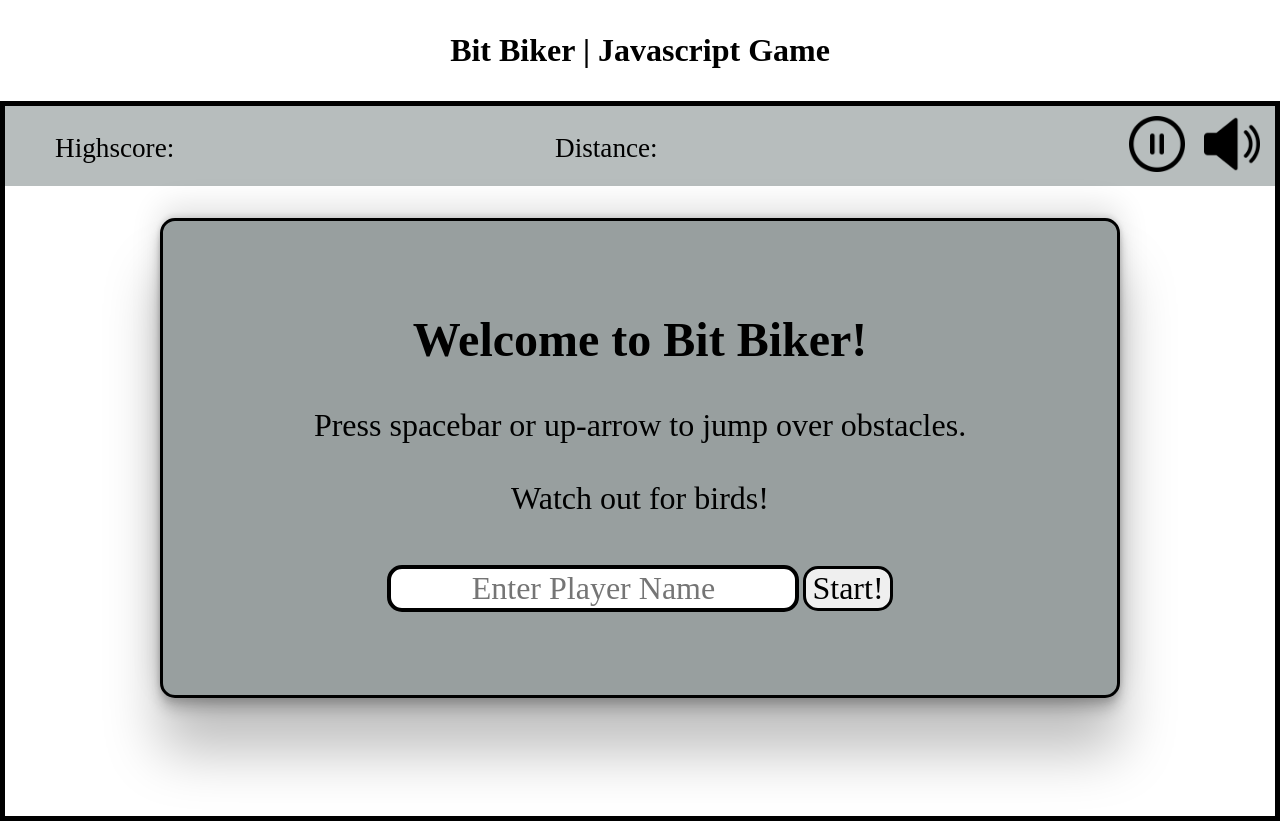
Repository: jellymel0n/bit-biker
Page: index.html
These files come from the project's save history. The page is drawn as it stood at one moment and after the next save; the edit follows.
The browser window is 1280 px wide. The pictures show the whole page.

Above is the page before, as saved 2021-07-05 15:07:00.

### index.html
<!DOCTYPE html>
<html lang="en">
<head>
    <meta charset="UTF-8">
    <meta http-equiv="X-UA-Compatible" content="IE=edge">
    <meta name="viewport" content="width=device-width, initial-scale=1.0">
    <!-- CSS reset/normalize -->
    <link rel="stylesheet" href="styles/normalize-fwd.css">
    <!-- Local CSS -->
    <link rel="stylesheet" href="styles/styles.css">
    <title>Bit Biker | Javascript Game</title>
</head>
<body>
    <h1>Bit Biker | Javascript Game</h1>

    <main id="game-board">
        <div id="song">
            <audio id='song-playback' currentTime=''>
                <source src="assets/music/run-song.mp3" type="audio/mp3" />
                Your browser does not support audio playback
            </audio>
        </div>
        <!-- Game board header -->
        <div id='game-header'>
            <p id='highscore-text'>Highscore: </p>
            <p id='distance-text'>Distance: </p>
            <div id='btn-pause'>
                <img src="assets/graphics/icons/pause.png" alt="pause button, circle around a pause icon">
            </div>
            <div id='btn-volume'>
                <img src="assets/graphics/icons/volume.png" alt="volume button, speaker icon">
            </div>
            <div id="btn-mute">
                <img src='assets/graphics/icons/mute.png' alt='mute button, speaker icon crossed out'>
            </div>
        </div>
        <!-- End of game board header -->

        <!-- Splash screen - intro -->
        <div id='splash-screen'>
            <h2 id='splash-header'>Welcome to Bit Biker!</h2>
            <p id='splash-text'>Press spacebar or up-arrow to jump over obstacles.<br><br>Watch out for birds!</p>

            <div id="splashInput">
                <input id='player-name' type='text' placeholder='Enter Player Name'>
                <button id='savePlayer'>Start!</button>
            </div>
        </div>
        <!-- End of splash screen -->

        <!-- Pause Screen -->
        <div id="pause-screen">
            <h2>Game Paused</h2>
            <p id='pause-text'>
                To get gameplay instructions click the "Help" button<br>
                To quit the game and go back to the splash screen click "Quit".<br>
                To go back to the game, click "X" in the top corner.</p>
            <div id="pause-close">
                <img src="assets/graphics/icons/remove.png" alt="Close icon, an X with a circle around it.">
            </div>
            <div id="pause-btns">
                <div id="help-btn">
                    <p id="help-btn-text">Help</p>
                </div>
                <div id="quit-btn">
                    <p id="quit-text">Quit</p>
                </div>
            </div>
        </div>
        <!-- End of Pause Screen -->

        <!-- Help Screen -->
        <div id="help-screen">
            <h2>Gameplay Instructions</h2>
            <p id='help-text'>
                Press the spacebar or up arrow to jump, hold to jump higher.<br>
                Avoid obstacles in the road as well as birds flying above.<br>
                Have fun!
            </p>
            <div id="help-btns">
                <div id="resume-btn">
                    <p>Resume</p>
                </div>
                <div id="help-quit-btn">
                    <p id="quit-text">Quit</p>
                </div>
            </div>
        </div>
        <!-- End of Help Screen -->

    </main>

<!-- jQuery CDN script-->
<script src="https://code.jquery.com/jquery-3.6.0.min.js" integrity="sha256-/xUj+3OJU5yExlq6GSYGSHk7tPXikynS7ogEvDej/m4=" crossorigin="anonymous"></script>
<!-- Local JS script -->
<script src='scripts/script.js'></script>
</body>
</html>

### styles/styles.css
h1 {
    text-align: center;
    margin: 2rem auto;
}

#game-board {
    width: 80rem;
    height: 45rem;
    border: 5px solid black;
    /* border-radius: 10%; */
    margin: 0 auto;
    position: relative;
}

/* Game board header */
div#game-header {
    display: flex;
    justify-content: space-around;
    width: 100%;
    height: 5rem;
    background-color: rgba(79, 93, 93, 0.407);

}

#highscore-text,
#distance-text {
    position: absolute;
}

#highscore-text {
    font-size: 1.7rem;
    left: 50px;
}

#distance-text {
    font-size: 1.7rem;
    left: 550px;
}

#btn-pause img {
    position: absolute;
    width: 3.5rem;
    right: 90px;
    top: 10px;
}

#btn-pause img:hover {
    transform: scale(1.1);
    cursor: pointer;
}

#btn-volume img,
#btn-mute img {
    position: absolute;
    width: 3.5rem;
    right: 15px;
    top: 10px;
}

#btn-volume img:hover,
#btn-mute img:hover  {
    transform: scale(1.1);
    cursor: pointer;
}

#btn-mute {
    display: none;
}

/* end of game board header */

/* Splash screen styles */
#splash-screen {
    width: 60rem;
    height: 30rem;
    margin: 2rem auto;
    border: 3px solid black;
    border-radius: 15px;
    align-content: center;
    background-color: rgb(152, 159, 159);
    box-shadow: rgba(0, 0, 0, 0.25) 0px 54px 55px, rgba(0, 0, 0, 0.12) 0px -12px 30px, rgba(0, 0, 0, 0.12) 0px 4px 6px, rgba(0, 0, 0, 0.17) 0px 12px 13px, rgba(0, 0, 0, 0.09) 0px -3px 5px;
}

#splash-screen h2 {
    text-align: center;
    font-size: 3rem;
}

#splash-text {
    text-align: center;
    font-size: 2rem;
    margin: 0 1rem;
}

#splashInput {
    text-align: center;
    margin-top: 3rem;
}

input[type=text] {
    border: 4px solid black;
    border-radius: 15px;
    font-size: 2rem;
    margin: 0 auto 2rem auto;
    text-align: center;
}

button#savePlayer {
    font-size: 2rem;
    color: black;
    border: 3px solid black;
    border-radius: 15px;
}

button#savePlayer:hover {
    transform: scale(1.1);
    cursor: pointer;
}
/* End of splash screen styles */

/* Pause and Help screen styles */

#pause-screen,
#help-screen {
    display: none;
    position: relative;
    width: 60rem;
    height: 30rem;
    margin: 2rem auto;
    border: 3px solid black;
    border-radius: 15px;
    align-content: center;
    background-color: rgb(152, 159, 159);
    box-shadow: rgba(0, 0, 0, 0.25) 0px 54px 55px, rgba(0, 0, 0, 0.12) 0px -12px 30px, rgba(0, 0, 0, 0.12) 0px 4px 6px, rgba(0, 0, 0, 0.17) 0px 12px 13px, rgba(0, 0, 0, 0.09) 0px -3px 5px;
}

#pause-screen h2,
#help-screen h2 {
    text-align: center;
    font-size: 3rem;
}

#pause-text,
#help-text {
    text-align: center;
    font-size: 2rem;
    margin: 0 1rem;
}

#pause-close img {
    position: absolute;
    width: 3.5rem;
    left: 15px;
    top: 15px;
}

#pause-close img:hover {
    transform: scale(1.1);
    cursor: pointer;
}

#pause-btns,
#help-btns{
    display: flex;
    justify-content:center;
    margin-top: 3.6rem;
}

#help-btn,
#quit-btn,
#resume-btn,
#help-quit-btn {
    border: solid 3px black;
    text-align: center;
    width: 17%;
    border-radius: 10px;
    /* height: 4rem; */
    font-size: 2rem;
    vertical-align: middle;
    font-weight: bold;
    margin: 0 3rem 0 3rem;
}

#help-btn:hover,
#quit-btn:hover,
#resume-btn:hover,
#help-quit-btn:hover {
    transform: scale(1.1);
    cursor: pointer;
    background-color: black;
    color: azure;
}

/* End of Pause and Help Screen Styles */

/* Game Objects */
.player {
    position: absolute;
    background-size: contain;
    transform-origin: bottom center;
}

.obstacle {
    position: absolute;
}

.bg-layer {
    position: absolute;
}

.bg-prop {
    position: absolute;
    background-size: contain;
}

### scripts/script.js
'use strict';

const game = {
    title: '.Run',
    isRunning: false,
    player: '',
    obstacles: [],
    keysPressed: [],
    bgLayers: [],
    bgObjects: [],
    loopDuration: [1000 / 50, 1000 / 60, 1000 / 70, 1000 / 80],
    lastKeyFrame: null,

    getPlayerName: () => {
        game.player = $('#player-name').val();
    },
    pauseAudio: () => {
        let song = $('#song-playback');
        song.trigger("pause");
    },
    resetAudio: () => {
        let song = $('#song-playback');
        song [0].currentTime = 0;
        song.trigger("pause");

    },
    playAudio: () => {
        let song = $('#song-playback');
        song.trigger("play");
    },

}


// Object classes

class Obstacle {
    constructor (
        position = [0, 0],
        dimensions = [50, 50],
        velocity = [0, 0],
        classes = 'obstacle',
        backgroundImage = ""
     ) {
        this.position = position;
        this.dimensions = dimensions;
        this.velocity = velocity;
        this.classes = classes;
        this.backgroundImage = backgroundImage;
    }
}

class BGLayer {
    constructor (
        position = [0, 0],
        dimensions = [100, 100],
        velocity = [0, 0],
        classes = 'bg-layer',
        backgroundImage = ""
    ) {
        this.dimensions = dimensions;
        this.position = position;
        this.velocity = velocity;
        this.classes = classes;
        this.backgroundImage = backgroundImage;
    }
}

class BGProp {
    constructor (
        position = [0, 0],
        dimensions = [100, 100],
        velocity = [0, 0],
        classes = 'bg-prop',
        backgroundImage = ""
    ) {
        this.dimensions = dimensions;
        this.position = position;
        this.velocity = velocity;
        this.classes = classes;
        this.backgroundImage = backgroundImage;
    }
}

class Player {
    constructor (
        position = [0, 0],
        dimensions = [100, 100],
        velocity = [0, 0],
        classes = 'player',
        backgroundImage = "",
        jumpMax = 100
    ) {
        this.dimensions = dimensions;
        this.position = position;
        this.velocity = velocity;
        this.classes = classes;
        this.backgroundImage = backgroundImage;
        this.currentJump = 0;
        this.jumpMax = jumpMax;
        this.isJumping = false;
    }
}

// End of object classes

// Object instantiation
const farBG = new BGLayer(
    [0, 0], //position
    [600, 600], //dimensions
    [-25, 0], //velocity
    undefined, // classes
    "assets/graphics/backgrounds/bg-mountains-sky.png"
)
// addBG layer

const mediumBG = new BGLayer(
    [0, 200],
    [600, 600],
    [-25, 0],
    undefined,
    "assets/graphics/backgrounds/bg-background-floor.png"
)
// add bg layer

const ground = new BGLayer(
    [0, 450],
    [600, 200],
    [-300, 0],
    "bg-layer bg-ground",
    "assets/graphics/backgrounds/bg-ground.png"
)
// add bg layer

const rock = new BGProp(
    [600, 350],
    [100, 100],
    [-80, 0],
    undefined,
    "assets/graphics/backgrounds/rock.png"
)
// add bgprop

const bird = new Obstacle(
    [400, 600],
    [100, 100],
    [-20, 0],
    undefined,
    "assets/graphics/obstacles/bird.png"
)
// add obstacle

const smallBlock = new Obstacle(
    [0, 450],
    [600, 200],
    [-300, 0],
    undefined,
    "assets/graphics/obstacles/spiked-square.png"
)
// add obstacle

const largeBlock = new Obstacle(
    [0, 450],
    [600, 200],
    [-300, 0],
    undefined,
    "assets/graphics/obstacles/spiked-rectangle.png"
)
// add obstacle

const player = new Player(
    [70, 430],
    [100, 100],
    [0, 0],
    undefined,
    "assets/graphics/player/biker.png"
)


// Event Handlers
$('#savePlayer').on('click', () => {
    game.getPlayerName();
    $('#splash-screen').toggle();
    game.isRunning = true;
    game.playAudio();
});

$('#btn-volume').on('click', () => {
    $('#btn-volume').toggle();
    $('#btn-mute').toggle();
    $('#song-playback').prop('muted', true);
})

$('#btn-mute').on('click', () => {
    $('#btn-volume').toggle();
    $('#btn-mute').toggle();
    $('#song-playback').prop('muted', false);
})

$('#btn-pause').on('click', () => {
    if (game.isRunning === true){
        game.pauseAudio();
        $('#pause-screen').toggle();
        game.isRunning = false;
    }
})

$('#pause-close').on('click', () => {
    $('#pause-screen').toggle();
    game.isRunning = true;
    game.playAudio();
})

$('#help-btn').on('click', () => {
    $('#pause-screen').toggle();
    $('#help-screen').toggle();
})

$('#quit-btn').on('click', () => {
    game.resetAudio();
    $('#pause-screen').toggle();
    $('#splash-screen').toggle();
})

$('#resume-btn').on('click', () => {
    $('#help-screen').toggle();
    game.isRunning = true;
    game.playAudio();
})

$('#help-quit-btn').on('click', () => {
    $('#help-screen').toggle();
    $('#splash-screen').toggle();
    game.resetAudio();
})

Loaded but not shown: styles/normalize-fwd.css (library)

After the next save:
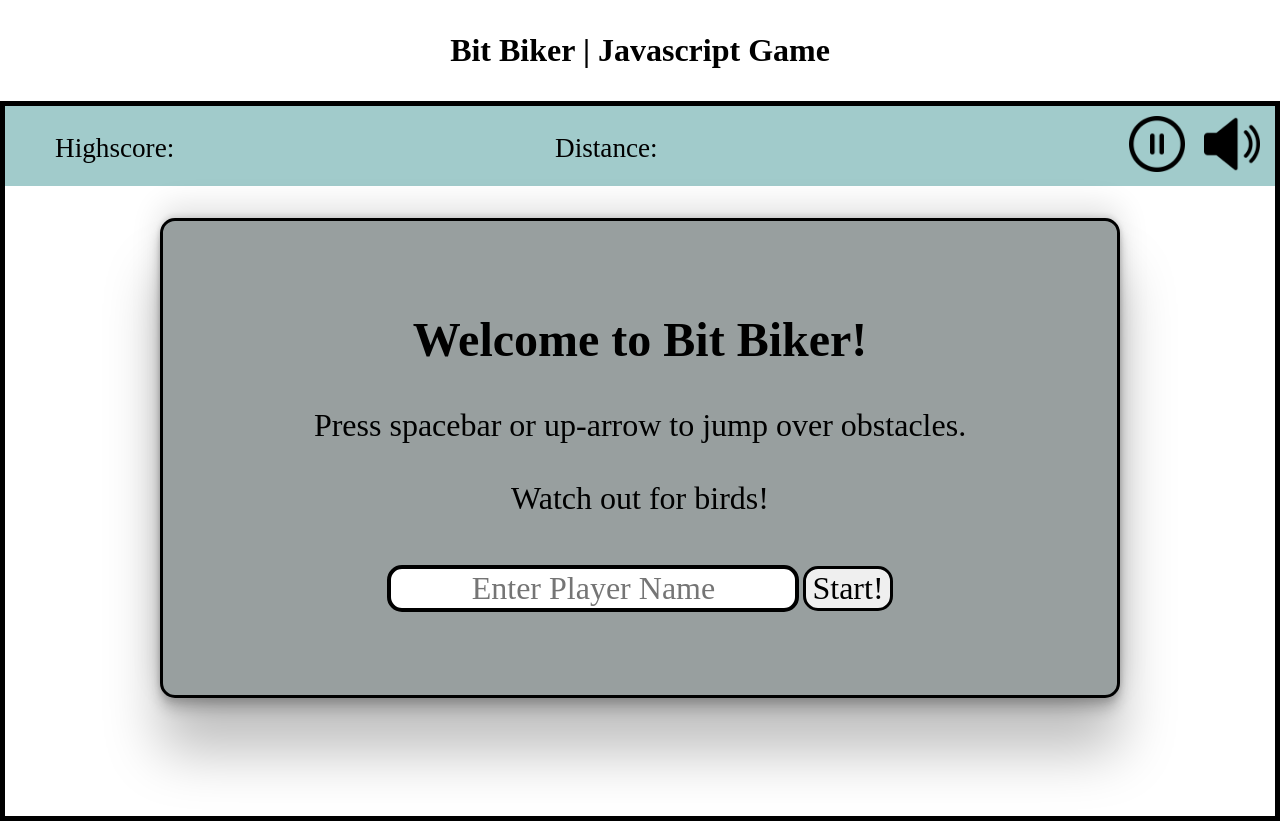
Saved 12 s later.
--- a/styles/styles.css
+++ b/styles/styles.css
@@ -18,7 +18,7 @@ div#game-header {
     justify-content: space-around;
     width: 100%;
     height: 5rem;
-    background-color: rgba(79, 93, 93, 0.407);
+    background-color: rgba(26, 128, 128, 0.407);
 
 }
 
